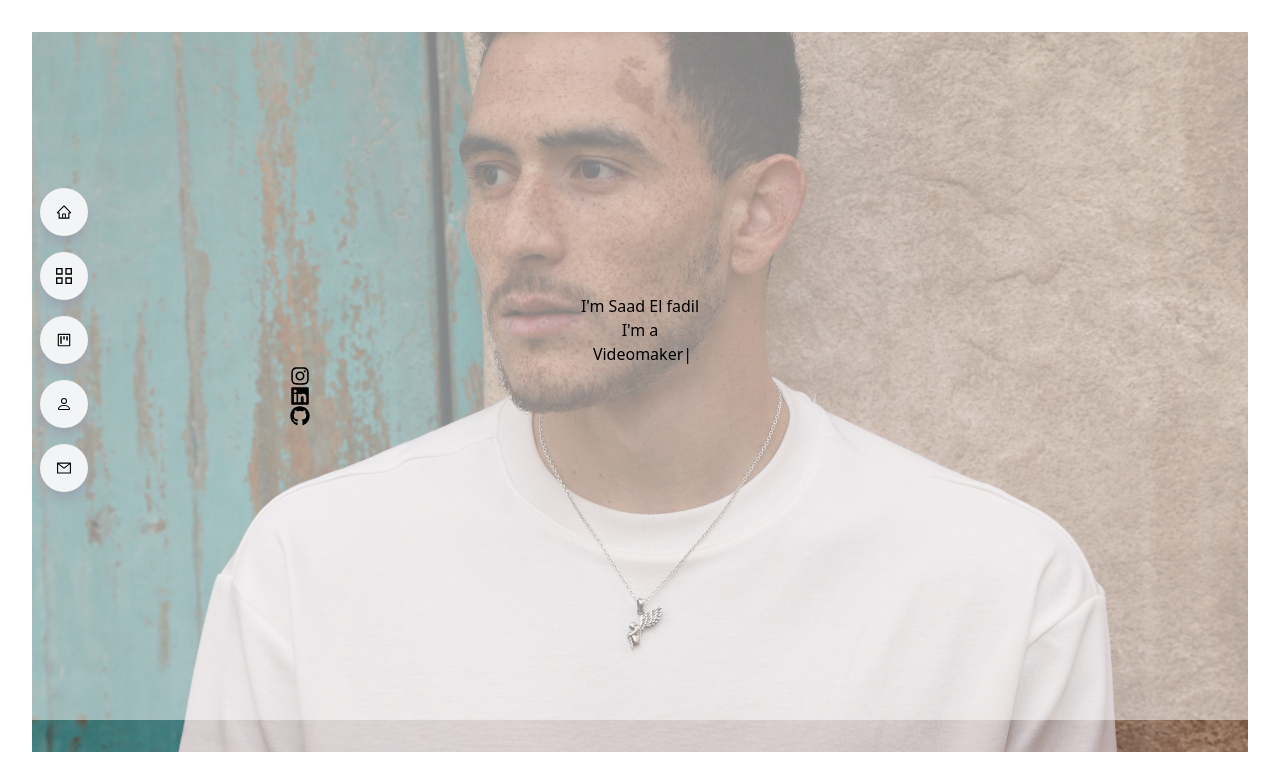
Repository: Saadelfadil/saadelfadil.github.io
Page: /
An editor plug-in stored every save of this project. The page is shown before and after a run of saves, followed by the edit.
The browser window is 1280 px wide. The pictures show the whole page.
The project was rebuilt for these pictures with package versions that can differ from the ones it lists, and the page was loaded fresh each time. Also part of the build but not shown: vite.config.js.

Above is the page before, as saved 2023-02-26 16:50:54.

After the next 3 saves:
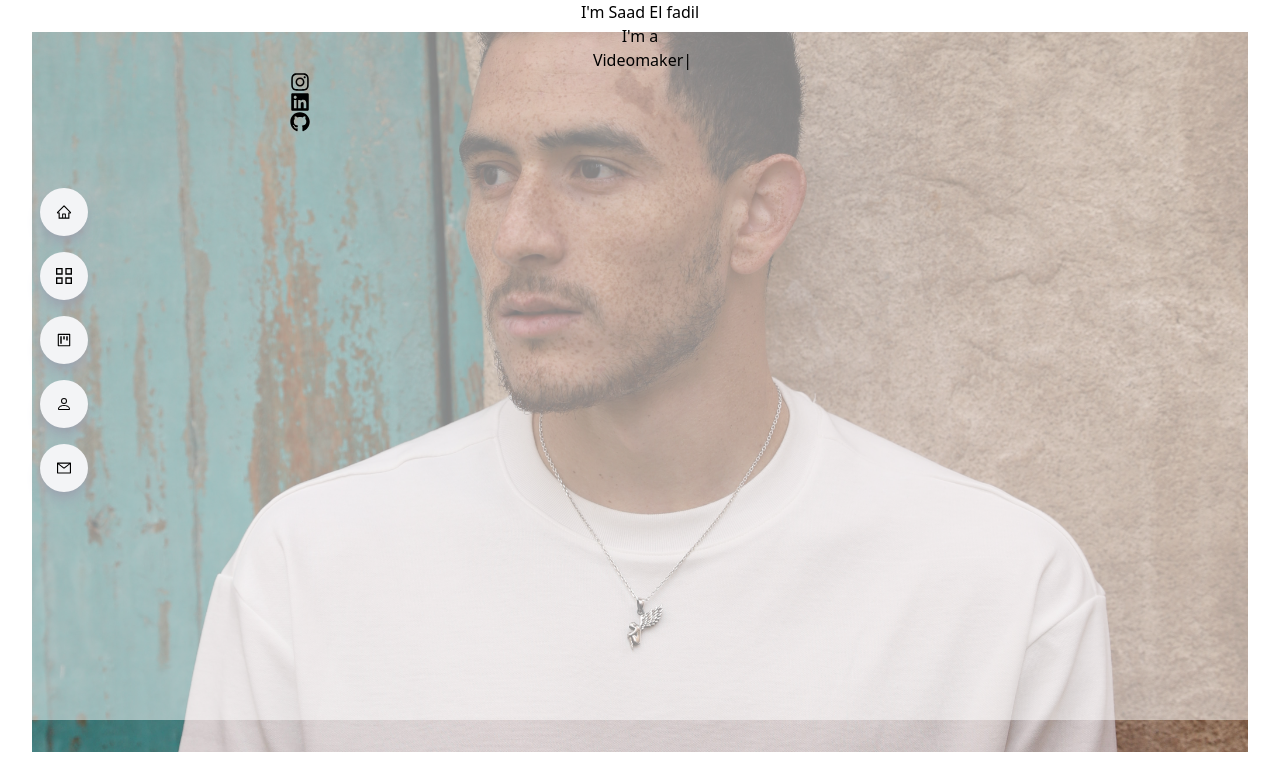
The 3 saves are shown as one change because they came seconds apart.
The last was saved 34 s later.
--- a/src/components/Main.jsx
+++ b/src/components/Main.jsx
@@ -7,7 +7,7 @@ const Main = () => {
     <div id="main">
         <img className="w-full h-screen object-cover object-right " src="/src/assets/saadelfadil.jpg" alt="saadelfadil" />
         <div className="w-full h-screen absolute top-0 left-0 bg-white/50 ">
-            <div className="max-w-[700px] m-auto h-full w-full flex flex-col justify-center ">
+            <div className="max-w-[700px] m-auto h-full w-full flex flex-col justify-center lg:justify-start ">
                 <h1>I'm Saad El fadil</h1>
                 <h2>I'm a
                     <TypeAnimation
